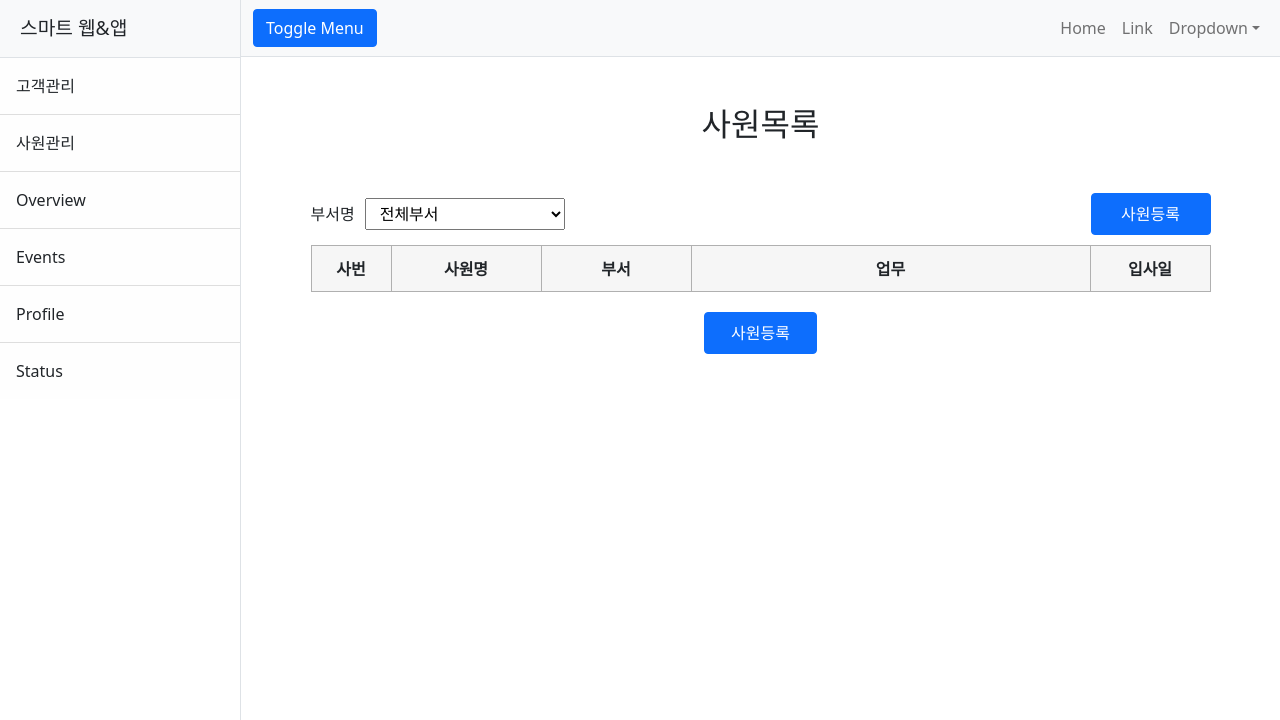
Repository: iwonhee/Study_Servlet
Page: http://localhost/web/employee/list.jsp
These files come from the project's save history. The page is drawn as it stood at one moment and after the next save; the edit follows.
The browser window is 1280 px wide. The pictures show the whole page.
The page is served by Tomcat 9. The template is opened directly, without the code that normally fills it, so the values that code supplies are empty.

Above is the page before, as saved 2022-11-28 08:27:11.

After the next save:
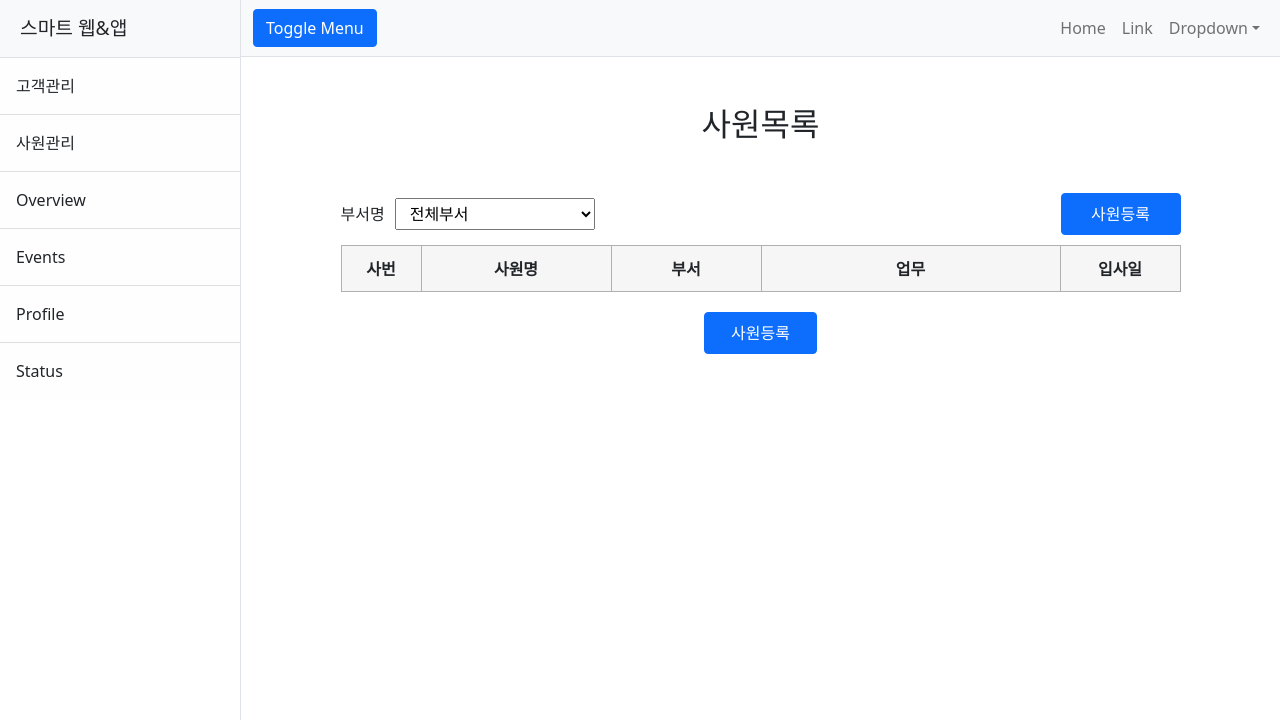
Saved 21 s later.
--- a/web/src/main/webapp/employee/list.jsp
+++ b/web/src/main/webapp/employee/list.jsp
@@ -21,7 +21,7 @@
     	<h2 class="mt-5">사원목록</h2>
 
     	<form method='post' action='list.hr'>
-    	<div class='list-flex w-px900' >
+    	<div class='list-flex w-px840' >
 	    	<div id='list-top'>
 	    		<ul>
 	    			<li>부서명</li>
@@ -41,10 +41,10 @@
 	    				onclick='location="insert.hr"'>사원등록</button>
 	    	</div>
 	    </div>
-    	<table class="w-px900">
+    	<table class="w-px840">
     	<colgroup>
     		<col width='80px'>
-    		<col width='150px'>
+    		<col width='190px'>
     		<col width='150px'>
     		<col>
     		<col width='120px'>
